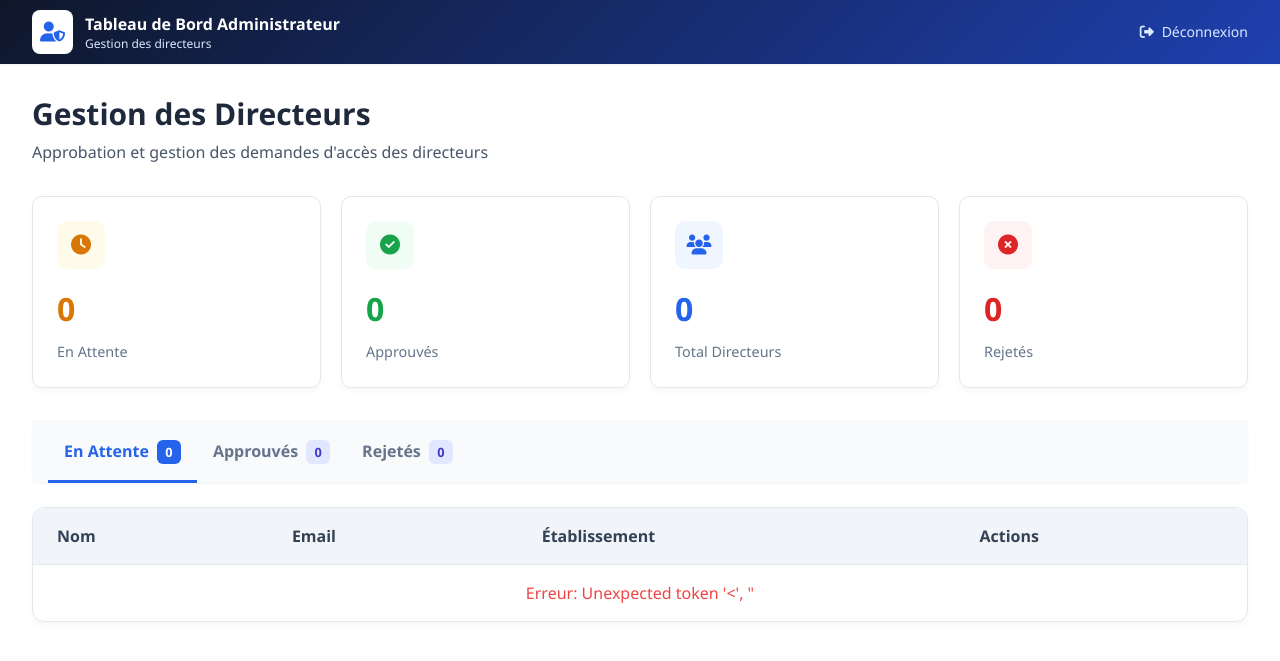
Repository: Mouad-git/edtpro
Page: gestion_edt/public/admin_dashboard.html
An editor plug-in stored every save of this project. The page is shown before and after a run of saves, followed by the edit.
The browser window is 1280 px wide. The pictures show the whole page.
Some web libraries are served in a nearby version.

Above is the page before, as saved 2025-08-08 18:31:05.

### gestion_edt/public/admin_dashboard.html
<!DOCTYPE html>
<html lang="fr">
<head>
    <meta charset="UTF-8">
    <meta name="viewport" content="width=device-width, initial-scale=1.0">
    <title>Tableau de Bord Administrateur</title>
    <script src="https://cdn.tailwindcss.com"></script>
    <link rel="stylesheet" href="https://cdnjs.cloudflare.com/ajax/libs/font-awesome/6.4.0/css/all.min.css"/>
    <style>
        :root {
            --primary: #2563eb; --primary-light: #dbeafe; --secondary: #64748b;
            --success: #16a34a; --danger: #dc2626; --warning: #d97706; --background: #f8fafc;
        }
        body { background-color: white; font-family: 'Segoe UI', system-ui, sans-serif; color: #1e293b; }

        .tabs-container { background-color: #f8fafc; padding: 0 1rem; }
        .tab-button {
            padding: 1rem; font-weight: 600; color: #64748b;
            border-bottom: 3px solid transparent; transition: all 0.2s ease;
            position: relative; background: none; border-top: 3px solid transparent;
            border-left: none; border-right: none; cursor: pointer; font-size: 1rem;
        }
        .tab-button:hover { color: var(--primary); background-color: #f1f5f9; }
        .tab-button.active { color: var(--primary); border-bottom-color: var(--primary); }
        .tab-button .badge {
            background: #e0e7ff; color: #4338ca; border-radius: 6px;
            width: auto; min-width: 24px; height: 24px; padding: 0 6px;
            font-size: 0.8rem; display: inline-flex; align-items: center; justify-content: center;
            margin-left: 8px;
        }
        .tab-button.active .badge { background-color: var(--primary); color: white; }

        .tab-content { display: none; }
        .tab-content.active { display: block; animation: fadeIn 0.4s ease; }
        @keyframes fadeIn { from { opacity: 0; transform: translateY(10px); } to { opacity: 1; transform: translateY(0); } }

        .card { background: white; border-radius: 12px; box-shadow: 0 4px 6px rgba(0, 0, 0, 0.03); overflow: hidden; border: 1px solid #e2e8f0; }
        .table { width: 100%; border-collapse: separate; border-spacing: 0; }
        .table th { background-color: #f1f5f9; color: #334155; font-weight: 600; padding: 1rem 1.5rem; text-align: left; border-bottom: 1px solid #e2e8f0; }
        .table td { padding: 1rem 1.5rem; border-bottom: 1px solid #e2e8f0; }
        .table tr:last-child td { border-bottom: none; }
        .table tr:hover { background-color: #f8fafc; }

        .btn { padding: 0.5rem 1rem; border-radius: 6px; font-weight: 500; font-size: 0.875rem; display: inline-flex; align-items: center; gap: 0.3rem; cursor: pointer; border: 1px solid transparent; transition: all 0.2s; }
        .btn-success { background-color: var(--success); color: white; }
        .btn-success:hover { background-color: #15803d; }
        .btn-danger { background-color: var(--danger); color: white; }
        .btn-danger:hover { background-color: #b91c1c; }
        .btn-outline { background-color: transparent; border: 1px solid #cbd5e1; color: #475569; }
        .btn-outline:hover { background-color: #f1f5f9; border-color: #94a3b8; }

        .status-badge { display: inline-flex; align-items: center; padding: 0.25rem 0.75rem; border-radius: 20px; font-size: 0.75rem; font-weight: 500; }
        .badge-approved { background-color: #dcfce7; color: #166534; }

        .header-gradient { background: linear-gradient(135deg, #0f172a, #1e40af); color: white; }
        .empty-state { padding: 3rem; text-align: center; color: #94a3b8; }
        .empty-state i { font-size: 3rem; margin-bottom: 1rem; color: #e2e8f0; }

        .stats-card { background: white; border-radius: 10px; padding: 1.5rem; box-shadow: 0 4px 6px rgba(0, 0, 0, 0.03); border: 1px solid #e2e8f0; }
        .stats-card .value { font-size: 2rem; font-weight: 700; margin-bottom: 0.5rem; }
        .stats-card .title { color: #64748b; font-size: 0.9rem; }
        .stats-card .icon { width: 48px; height: 48px; border-radius: 10px; display: flex; align-items: center; justify-content: center; margin-bottom: 1rem; }
        .pending .icon { background: #fffbeb; color: #d97706; }
        .approved .icon { background: #f0fdf4; color: #16a34a; }
        .rejected .icon { background: #fef2f2; color: #dc2626; }


    </style>
</head>
<body>
    <nav class="header-gradient shadow-sm">
        <div class="max-w-7xl mx-auto px-4 sm:px-6 lg:px-8">
            <div class="flex justify-between items-center h-16">
                <div class="flex items-center space-x-3">
                    <div class="bg-white p-2 rounded-lg"><i class="fas fa-user-shield text-blue-600 text-xl"></i></div>
                    <div><div class="font-bold text-white">Tableau de Bord Administrateur</div><div class="text-xs text-blue-100">Gestion des directeurs</div></div>
                </div>
                <div><a href="../api/auth/logout.php" class="flex items-center text-sm font-medium text-blue-100 hover:text-white transition"><i class="fas fa-sign-out-alt mr-2"></i>Déconnexion</a></div>
            </div>
        </div>
    </nav>

    <div class="max-w-7xl mx-auto p-4 sm:p-6 lg:p-8">
        <div class="mb-8"><h1 class="text-2xl md:text-3xl font-bold text-slate-800">Gestion des Directeurs</h1><p class="text-slate-600 mt-2">Approbation et gestion des demandes d'accès des directeurs</p></div>

        <div class="grid grid-cols-1 md:grid-cols-2 lg:grid-cols-4 gap-5 mb-8">
            <div class="stats-card pending"><div class="icon"><i class="fas fa-clock text-xl"></i></div><div id="stat-pending" class="value text-amber-600">0</div><div class="title">En Attente</div></div>
            <div class="stats-card approved"><div class="icon"><i class="fas fa-check-circle text-xl"></i></div><div id="stat-approved" class="value text-green-600">0</div><div class="title">Approuvés</div></div>
            <div class="stats-card"><div class="icon bg-blue-50 text-blue-600"><i class="fas fa-users text-xl"></i></div><div id="stat-total" class="value text-blue-600">0</div><div class="title">Total Directeurs</div></div>
            <div class="stats-card rejected"><div class="icon"><i class="fas fa-times-circle text-xl"></i></div><div id="stat-rejected" class="value text-red-600">0</div><div class="title">Rejetés</div></div>
        </div>

        <div class="bg-white rounded-xl shadow-sm mb-6">
            <div class="tabs-container flex overflow-x-auto" id="admin-tabs">
                <button class="tab-button active" data-target="panel-pending">En Attente<span id="badge-pending" class="badge">0</span></button>
                <button class="tab-button" data-target="panel-approved">Approuvés<span id="badge-approved" class="badge">0</span></button>
                <button class="tab-button" data-target="panel-rejected">Rejetés<span id="badge-rejected" class="badge">0</span></button>
            </div>
        </div>

        <div>
            <div id="panel-pending" class="tab-content active">
                <div class="card"><div class="overflow-x-auto"><table class="table">
                    <thead><tr><th>Nom</th><th>Email</th><th>Établissement</th><th class="text-center">Actions</th></tr></thead>
                    <tbody id="pending-users-table"></tbody>
                </table></div></div>
            </div>
            <div id="panel-approved" class="tab-content">
                <div class="card"><div class="overflow-x-auto"><table class="table">
                    <thead><tr><th>Nom</th><th>Email</th><th>Établissement</th><th class="text-center">Statut</th></tr></thead>
                    <tbody id="approved-users-table"></tbody>
                </table></div></div>
            </div>
            <div id="panel-rejected" class="tab-content">
                <div class="card"><div class="overflow-x-auto"><table class="table">
                    <thead><tr><th>Nom</th><th>Email</th><th>Établissement</th><th class="text-center">Actions</th></tr></thead>
                    <tbody id="rejected-users-table"></tbody>
                </table></div></div>
            </div>
        </div>
    </div>

    <script>
        document.addEventListener('DOMContentLoaded', checkAdminSession);

        async function checkAdminSession() {
            try {
                const response = await fetch('../api/auth/verify_admin_session.php');
                if (!response.ok) { window.location.href = 'login.html'; return; }
                loadAllUsers();
                setupTabNavigation();
            } catch (error) { window.location.href = 'login.html'; }
        }

        async function loadAllUsers() {
            const tables = {
                pending: document.getElementById('pending-users-table'),
                approved: document.getElementById('approved-users-table'),
                rejected: document.getElementById('rejected-users-table'),
            };
            const loadingRow = (cols) => `<tr><td colspan="${cols}" class="px-6 py-4 text-center">Chargement...</td></tr>`;
            tables.pending.innerHTML = loadingRow(4);
            tables.approved.innerHTML = loadingRow(4);
            tables.rejected.innerHTML = loadingRow(4);

            try {
                const response = await fetch('../api/admin/get_all_users.php');
                const result = await response.json();

                if (result.success) {
                    const pending = result.data.filter(u => u.status === 'pending');
                    const approved = result.data.filter(u => u.status === 'approved');
                    const rejected = result.data.filter(u => u.status === 'rejected');

                    updateStatsAndBadges(pending, approved, rejected);
                    renderPendingTable(pending);
                    renderApprovedTable(approved);
                    renderRejectedTable(rejected);
                } else { throw new Error(result.message); }
            } catch (error) {
                const errorRow = `<tr><td colspan="4" class="px-6 py-4 text-center text-red-500">Erreur: ${error.message}</td></tr>`;
                Object.values(tables).forEach(t => t.innerHTML = errorRow);
            }
        }

        function updateStatsAndBadges(pending, approved, rejected) {
            document.getElementById('stat-pending').textContent = pending.length;
            document.getElementById('stat-approved').textContent = approved.length;
            document.getElementById('stat-rejected').textContent = rejected.length;
            document.getElementById('stat-total').textContent = pending.length + approved.length + rejected.length;

            document.getElementById('badge-pending').textContent = pending.length;
            document.getElementById('badge-approved').textContent = approved.length;
            document.getElementById('badge-rejected').textContent = rejected.length;
        }

        function renderPendingTable(users) {
            const tableBody = document.getElementById('pending-users-table');
            if (users.length === 0) { tableBody.innerHTML = '<tr><td colspan="4" class="empty-state"><i class="fas fa-inbox"></i><p>Aucune demande en attente.</p></td></tr>'; return; }
            tableBody.innerHTML = '';
            users.forEach(user => {
                const row = `
                    <tr class="hover:bg-gray-50">
                        <td class="font-medium">${user.nom_complet}</td><td>${user.email}</td><td>${user.nom_etablissement}</td>
                        <td class="text-center"><div class="flex justify-center space-x-2">
                            <button onclick="updateUserStatus(${user.id}, 'approved')" class="btn btn-success"><i class="fas fa-check mr-1"></i>Approuver</button>
                            <button onclick="updateUserStatus(${user.id}, 'rejected')" class="btn btn-danger"><i class="fas fa-times mr-1"></i>Rejeter</button>
                        </div></td>
                    </tr>`;
                tableBody.innerHTML += row;
            });
        }

        function renderApprovedTable(users) {
             const tableBody = document.getElementById('approved-users-table');
             if (users.length === 0) { tableBody.innerHTML = '<tr><td colspan="4" class="empty-state"><i class="fas fa-user-check"></i><p>Aucun directeur approuvé.</p></td></tr>'; return; }
             tableBody.innerHTML = '';
             users.forEach(user => {
                const row = `
                    <tr>
                        <td class="font-medium">${user.nom_complet}</td><td>${user.email}</td><td>${user.nom_etablissement}</td>
                        <td class="text-center"><span class="status-badge badge-approved"><i class="fas fa-check-circle mr-1"></i>Approuvé</span></td>
                    </tr>`;
                tableBody.innerHTML += row;
             });
        }

        function renderRejectedTable(users) {
            const tableBody = document.getElementById('rejected-users-table');
            if (users.length === 0) { tableBody.innerHTML = '<tr><td colspan="4" class="empty-state"><i class="fas fa-user-times"></i><p>Aucune inscription rejetée.</p></td></tr>'; return; }
            tableBody.innerHTML = '';
            users.forEach(user => {
                const row = `
                     <tr>
                        <td class="font-medium">${user.nom_complet}</td><td>${user.email}</td><td>${user.nom_etablissement}</td>
                        <td class="text-center"><div class="flex justify-center space-x-2">
                            <button onclick="updateUserStatus(${user.id}, 'approved')" class="btn btn-success"><i class="fas fa-redo-alt mr-1"></i>Ré-approuver</button>
                            <button onclick="updateUserStatus(${user.id}, 'deleted')" class="btn btn-outline"><i class="fas fa-trash-alt mr-1"></i>Supprimer</button>
                        </div></td>
                    </tr>`;
                tableBody.innerHTML += row;
            });
        }

        async function updateUserStatus(userId, status) {
            const actions = { 'approved': 'approuver', 'rejected': 'rejeter', 'deleted': 'supprimer définitivement' };
            if (!confirm(`Êtes-vous sûr de vouloir ${actions[status]} cet utilisateur ?`)) return;
            try {
                const response = await fetch('../api/admin/update_user_status.php', {
                    method: 'POST',
                    headers: { 'Content-Type': 'application/json' },
                    body: JSON.stringify({ user_id: userId, new_status: status })
                });
                const result = await response.json();
                if (result.success) {
                    alert(`Utilisateur ${status === 'deleted' ? 'supprimé' : actions[status]} avec succès.`);
                    loadAllUsers();
                } else {
                    alert("Erreur: " + (result.message || "Impossible de mettre à jour le statut."));
                }
            } catch (error) { alert("Une erreur de communication est survenue."); }
        }

        function setupTabNavigation() {
            const tabsContainer = document.getElementById('admin-tabs');
            tabsContainer.addEventListener('click', (e) => {
                const targetButton = e.target.closest('.tab-button');
                if (targetButton) {
                    tabsContainer.querySelectorAll('.tab-button').forEach(btn => btn.classList.remove('active'));
                    targetButton.classList.add('active');
                    const targetId = targetButton.dataset.target;
                    document.querySelectorAll('.tab-content').forEach(panel => {
                        panel.classList.toggle('active', panel.id === targetId);
                    });
                }
            });
        }
    </script>
</body>
</html>

After the next 2 saves:
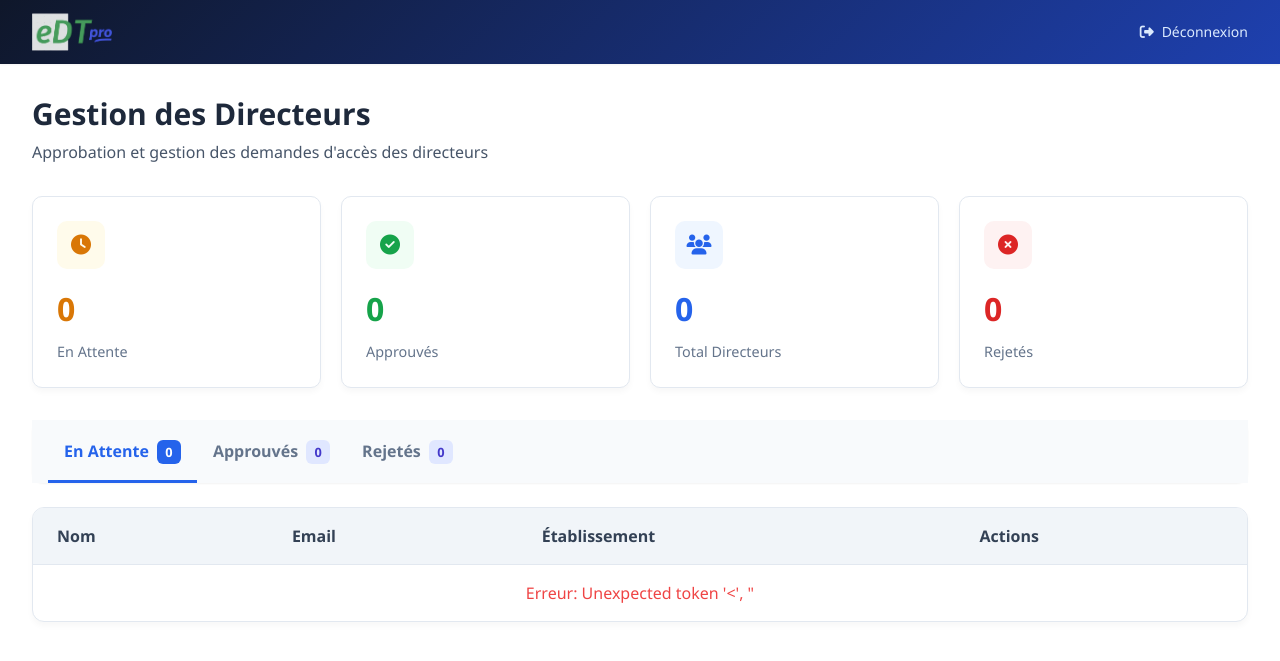
The 2 saves are shown as one change because they came seconds apart.
The last was saved 10 s later.
--- a/gestion_edt/public/admin_dashboard.html
+++ b/gestion_edt/public/admin_dashboard.html
@@ -71,10 +71,7 @@
     <nav class="header-gradient shadow-sm">
         <div class="max-w-7xl mx-auto px-4 sm:px-6 lg:px-8">
             <div class="flex justify-between items-center h-16">
-                <div class="flex items-center space-x-3">
-                    <div class="bg-white p-2 rounded-lg"><i class="fas fa-user-shield text-blue-600 text-xl"></i></div>
-                    <div><div class="font-bold text-white">Tableau de Bord Administrateur</div><div class="text-xs text-blue-100">Gestion des directeurs</div></div>
-                </div>
+                <img src="assets/images/logo_edtpro.png" style="height: 80px; width: auto;" id="logo" alt="Logo">
                 <div><a href="../api/auth/logout.php" class="flex items-center text-sm font-medium text-blue-100 hover:text-white transition"><i class="fas fa-sign-out-alt mr-2"></i>Déconnexion</a></div>
             </div>
         </div>
